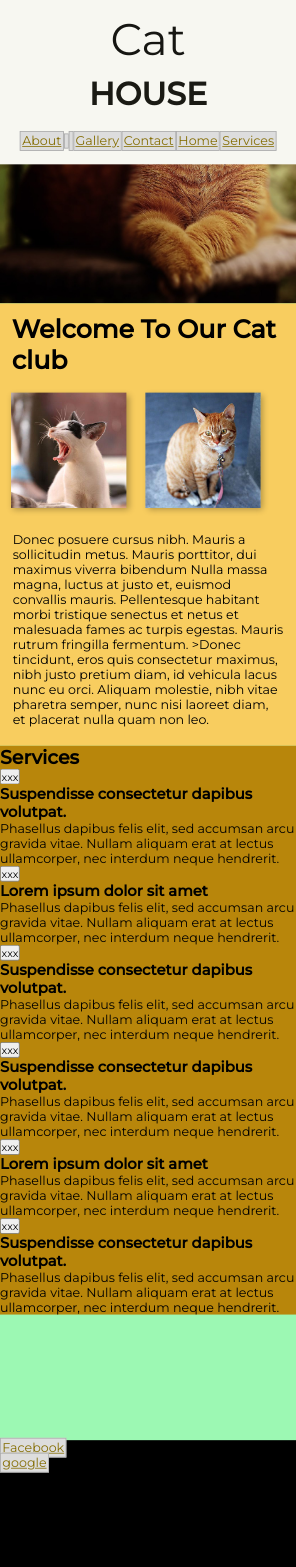
Repository: raul4264/final
Page: index.html
An editor plug-in stored every save of this project. The page is shown before and after the next save, followed by the edit.
The browser window is 375 px wide. The pictures show the whole page, at 79% of full size.

Above is the page before, as saved 2021-03-28 14:42:25.

### index.html
<!DOCTYPE html>
<html lang="en">

<head>
    <meta charset="UTF-8" />
    <meta http-equiv="X-UA-Compatible" content="IE=edge" />
    <meta name="viewport" content="width=device-width, initial-scale=1.0" />
    <title>Cat House/Raul Novas</title>
    <!-- boostrap CSS -->
    <!-- <link href="https://cdn.jsdelivr.net/npm/bootstrap@5.0.0-beta3/dist/css/bootstrap.min.css" rel="stylesheet"
        integrity="sha384-eOJMYsd53ii+scO/bJGFsiCZc+5NDVN2yr8+0RDqr0Ql0h+rP48ckxlpbzKgwra6" crossorigin="anonymous">
    <script src="https://cdn.jsdelivr.net/npm/@popperjs/core@2.9.1/dist/umd/popper.min.js"
        integrity="sha384-SR1sx49pcuLnqZUnnPwx6FCym0wLsk5JZuNx2bPPENzswTNFaQU1RDvt3wT4gWFG"
        crossorigin="anonymous"></script>
    <script src="https://cdn.jsdelivr.net/npm/bootstrap@5.0.0-beta3/dist/js/bootstrap.min.js"
        integrity="sha384-j0CNLUeiqtyaRmlzUHCPZ+Gy5fQu0dQ6eZ/xAww941Ai1SxSY+0EQqNXNE6DZiVc"
        crossorigin="anonymous"></script> -->
    <link href="css/estilos.css" rel="stylesheet" type="text/css" />
</head>

<body>
    <div id="grilla">
        <header>
            <div class="banner">

                <nav id="nav">

                    <div class="item1">
                        <p class="h5">Cat</p>
                    </div>

                    <div class="item2">
                        <p class="h4">HOUSE</p>
                    </div>


                    <ul class="item3">
                        <li class=""><a href="about.html">About</li>
                        <li class=""><a href="Gallery.html">Gallery</a></li>
                        <li class=""><a href="Contact.html">Contact</a></li>
                        <li class=""><a href="index.html">Home</a></li>
                        <li class=""><a href="Services.html ">Services</a></li>
                    </ul>
                </nav>
            </div>

        </header>


        <main>
            <section class="welcome">

                <div class="cards">

                    <h2>Welcome To Our Cat club</h2>
                    <img src="images/2.jpg" class="square square1" alt="Sample photo">
                    <img src="images/3.jpg" class="square square2" alt="Sample photo">
                </div>


                <div class="cards2 ">
                    <span>Donec posuere cursus nibh. Mauris a sollicitudin metus. Mauris porttitor, dui maximus viverra
                        bibendum
                        Nulla massa magna, luctus at justo et, euismod convallis mauris. Pellentesque habitant morbi
                        tristique senectus et netus et malesuada fames ac turpis egestas. Mauris rutrum fringilla
                        fermentum.
                        >Donec tincidunt, eros quis consectetur maximus, nibh justo pretium diam, id vehicula lacus
                        nunc eu orci. Aliquam molestie, nibh vitae pharetra semper, nunc nisi laoreet diam, et placerat
                        nulla quam non leo.</span>
                </div>
            </section>

            <section class="services">
                <h2>Services</h2>
                <div>
                    <button>xxx</button>
                    <h3>Suspendisse consectetur dapibus volutpat.</h3>
                    <p>
                        Phasellus dapibus felis elit, sed accumsan arcu gravida vitae. Nullam aliquam erat at lectus
                        ullamcorper, nec interdum neque hendrerit.</p>
                </div>
                <div>
                    <button>xxx</button>
                    <h3>Lorem ipsum dolor sit amet</h3>
                    <p>Phasellus dapibus felis elit, sed accumsan arcu gravida vitae. Nullam aliquam erat at lectus
                        ullamcorper, nec interdum neque hendrerit.</p>
                </div>
                <div>
                    <button>xxx</button>
                    <h3>Suspendisse consectetur dapibus volutpat.</h3>
                    <p>
                        Phasellus dapibus felis elit, sed accumsan arcu gravida vitae. Nullam aliquam erat at lectus
                        ullamcorper, nec interdum neque hendrerit.</p>
                </div>
                <div>
                    <button>xxx</button>
                    <h3>Suspendisse consectetur dapibus volutpat.</h3>
                    <p>

                        Phasellus dapibus felis elit, sed accumsan arcu gravida vitae. Nullam aliquam erat at lectus
                        ullamcorper, nec interdum neque hendrerit.
                    </p>
                </div>
                <div>
                    <button>xxx</button>
                    <h3>Lorem ipsum dolor sit amet
                    </h3>
                    <p>Phasellus dapibus felis elit, sed accumsan arcu gravida vitae. Nullam aliquam erat at lectus
                        ullamcorper, nec interdum neque hendrerit.</p>
                </div>
                <div>
                    <button>xxx</button>
                    <h3>Suspendisse consectetur dapibus volutpat.</h3>
                    <p>Phasellus dapibus felis elit, sed accumsan arcu gravida vitae. Nullam aliquam erat at lectus
                        ullamcorper, nec interdum neque hendrerit.</p>
                </div>
            </section>
        </main>



        <footer>
            <ol>
                <li>
                    <a href="http://www.facebook.com " target="blanck ">Facebook</a>
                </li>
                <li><a href="http://www.google.com " target="blanck ">google</a></li>
            </ol>
        </footer><br

       <div class="cubo">
        <div class="cara" id="superior"></div>
        <div class="cara" id="frente"></div>
        <div class="cara" id="derecha"></div>
        <div class="cara" id="izquierda"></div>
        <div class="cara" id="atras"></div>
        <div class="cara" id="inferior"></div>
       </div>

</div>
</body>

</html>

### css/estilos.css
@import url('https://fonts.googleapis.com/css2?family=Montserrat:wght@400;500&display=swap');
@import url('https://fonts.googleapis.com/css2?family=Montserrat:wght@400;500&family=Poppins:wght@300&display=swap');
* {
    font-family: 'Montserrat', sans-serif;
    margin: 0;
    padding: 0;
}


/*PRIMER MEDIA
/*--------------MEDIA @ QUERY...................*/

@media only screen and (max-width:600px) {
    body {
        margin: 0;
        padding: 0;
        background-color: rgb(156, 248, 179) !important;
        transition: all .8s ease;
    }
    #grilla {

        display: grid;
        grid-template-columns: 100%;
        grid-template-rows: 15% auto% 15%;
    }
    header {

        grid-column-start: 1;
        grid-column-end: 2;
        grid-row-start: 1;
        grid-row-end: 2;
    }
    main {

        display: grid;
        grid-column-start: 1;
        grid-column-end: 2;
        grid-row-start: 2;
        grid-row-end: 3;
    }
    footer {
        display: flex;

        background-color: black;
        grid-column-start: 1;
        grid-column-end: 2;
        grid-row-start: 4;
        grid-row-end: 5;

    }
    #nav {
        display: flex;
        flex-direction: column;
        background-color: rgb(247, 247, 241);
        justify-content: space-evenly;
        height: 22vh;
        justify-items: center;
        align-items: center;
        padding-top:  2vh;
        padding-bottom: 2vh;
    }
    .banner {
        background: url(../images/1.jpg) no-repeat 0px 0px;
        background-size: cover;
        padding: 0em 0 4em;
        height: 40vh;
    }
  .item1 {
      color: rgb(22, 22, 18);
    font-size: 3.5em;
    font-weight: bol;
    padding: 0 10px;

  }
  .item2 {
    color: rgb(26, 26, 20);
    font-family: monserrat;
    font-size: 2.5em;
    font-weight: bolder;
    padding: 10px

    }
    .item3 {
    display: flex;
    list-style: none;
    padding: 2vh;
     }

    a {
        background: #DDD;
        color: rgb(134, 111, 6);
        padding: 2px;
        border: 1px solid #AAA;
    }
    a:hover {
        background: #FFF;
        color: #666;
        padding: 8px 14px;
        border: 1px solid #888;
        transition-property: all;
        transition-duration: 0.2s;
        transition-timing-function: ease-in;
    }
    .li {
        padding: 10px;
    }
    .welcome {
        background-color: rgb(248, 205, 95);

        display: grid;
        grid-template-columns: 100%;
        grid-template-rows: 50% 50%;
        flex-direction: column;
        align-items: center;
        margin-top: 0vh;

        padding-bottom: 10px;
    }
    .welcome h2 {
        font-size: 2em;
        margin: 3vw;

    }
    .cards {
        padding-left: 1vw;
        grid-column-start: 1;
        grid-column-end: 2;
        grid-row-start: 1;
        grid-row-end: 2;
    }
    .cards2 {


        padding: 2vh;
        grid-column-start: 1;
        grid-column-end: 2;
        grid-row-start: 2;
        grid-row-end: 3;
    }
    .cards img {
        margin: 10px;
        /* border: 3px solid #000; */
        box-shadow: 3px 3px 8px 0px rgba(0, 0, 0, 0.3);
        max-width: 39vw;
    }
    .services {

        background-color: darkgoldenrod;
        height: 90vh;
        margin-bottom: -100px;

    }

    footer{



    }
    /*............................*/
    /* .sidebar {
        background-color: #e87a24;
        padding: 10px;
    }
    .sidebar a {
        background-color: rgb(229, 255, 0);
        color: #e87a24;
    }
    .menuButton {
        position: relative;
        transition-property: background-color, color;
        transition-duration: 1s;
        transition-timing-function: ease-out;
        -webkit-transition-property: background-color, color;
        -webkit-transition-duration: 1s;
        -o-transition-property: background-color, color;
        -o-transition-duration: 1s;
        >text-align: left;
        background-color: #3D9EEF;
        left: 5px;
        top: 5px;
        height: 26px;
        color: white;
        border-color: #9b4e00;
        font-family: sans-serif;
        font-size: 20px;
        text-decoration: none;
        -moz-box-shadow: 2px 2px 1px black;
        padding: 2px 4px;
        border: solid 2px #804000;
    }
    .menuButton:hover {
        position: relative;
        transition-propery: background-color, color;
        transition-duration: 1s;
        transition-timing-function: ease-out;
        -webkit-transition-property: background-color, color;
        -webkit-transition-duration: 1s;
        -o-transition-property: background-color, color;
        -o-transition-duration: 1s;
        background-color: white;
        color: black;
        -moz-box-shadow: 2px 2px 1px black;
    }
    /*....................................*/
    /*.............................................*/
/*     .cubo,
    .cubo .cara {
        width: 200px;
        height: 200px;
    }
    .cubo .cara {
        position: absolute;
    }
    .cubo {
        margin: 100px auto;
    }
    .cubo .cara#superior {
        background-color: orange;
    }
    .cubo .cara#frente {
        background-color: rgb(255, 174, 0);
    }
    .cubo .cara#atras {
        background-color: rgb(105, 128, 0);
    }
    .cubo .cara#derecha {
        background-color: rgb(123, 255, 0);
    }
    .cubo .cara#izquierda {
        background-color: yellow;
    }
    .cubo .cara#inferior {
        background-color: rgb(255, 196, 0);
    }
    .cubo {
        transform-style: preserve-3d;
    }
    .cubo {
        transform-style: preserve-3d;
        transform: perspective(700px) rotateX(-30deg) rotateY(-30deg);
    }
    .cubo .cara#derecha {
        transform: rotateY(90deg);
    }
    .cubo .cara#derecha {
        transform: rotateY(90deg) translateZ(100px);
        ;
    }
    .cubo .cara#superior {
        background-color: orange;
        transform: rotateX(90deg) translateZ(100px);
    }
    .cubo .cara#frente {
        background-color: rgb(255, 208, 0);
        transform: translateZ(100px);
    }
    .cubo .cara#atras {
        background-color: rgb(128, 105, 0);
        transform: translateZ(-100px);
    }
    .cubo .cara#derecha {
        background-color: rgb(102, 88, 6);
        transform: rotateY(90deg) translateZ(100px);
    }
    .cubo .cara#izquierda {
        background-color: rgb(255, 208, 0);
        transform: rotateY(-90deg) translateZ(100px);
    }
    .cubo .cara#inferior {
        background-color: rgb(255, 166, 0);
        transform: rotateX(-90deg) translateZ(100px);
    }
    .cubo {
        animation: rotate 2s infinite linear;
    }
    @keyframes rotate {
        0% {
            transform: rotateX( 0deg) rotateY( 0deg);
        }
        100% {
            transform: rotateX( 360deg) rotateY( 360deg);
        }
    }  */
}


/*..............................................*/


/*--------------MEDIA @ QUERY...................*/

@media screen and (min-width:601px) and (max-width:1000px) {
    body {
        margin: 0;
        padding: 0;
        transition: all .8s ease;
    }
    body {
        background-color: darkgoldenrod;
    }
    #grilla {
        display: grid;
        grid-template-columns: 100%;
        grid-template-rows: 5% 80% 15%;
    }
    header {
       height: 4vh;
        grid-column-start: 1;
        grid-column-end: 2;
        grid-row-start: 1;
        grid-row-end: 2;

    }
    main {
        height: 125vh;
        display: grid;
        grid-column-start: 1;
        grid-column-end: 2;
        grid-row-start: 2;
        grid-row-end: 3;
    }
    footer {
        display: flex;
        height: 20vh;
        background-color: black;
        grid-column-start: 1;
        grid-column-end: 2;
        grid-row-start: 4;
        grid-row-end: 5;

    }
    #nav {
        display: flex;
        flex-direction: column;
        background-color: rgb(247, 247, 241);
        justify-content: space-evenly;
        height: 22vh;
        justify-items: center;
        align-items: center;
        padding-top:  2vh;
        padding-bottom: 2vh;

    }
    .banner {
        background: url(../images/1.jpg) no-repeat 0px 0px;
        background-size: cover;
        padding: 0em 0 4em;
        height: 73vh;
    }
    .item1 {
        color: rgb(22, 22, 18);
        font-size: 3.5em;
        font-weight: bol;
        padding: 0 10px;

    }
    .item2 {
        color: rgb(26, 26, 20);
        font-family: monserrat;
        font-size: 2.5em;
        font-weight: bolder;
        padding: 10px

    }
    .item3 {
        display: flex;
        list-style: none;
        padding: 2vh;
    }
    .item3 li a {
        text-decoration: none;
        padding: 1vw;
    }
    .li {
        padding: 10px;
    }
    .welcome {
        background-color: rgb(248, 205, 95);
        height: 90vh;
        display: grid;
        grid-template-columns:100%;
        grid-template-rows: 50% 50%;
        flex-direction: column;
        margin-top: 33vh;

        padding-bottom: 10px;
    }
    .welcome h2 {
        font-size: 3em;
        margin: 3vw;
        /* background-color: rgb(197, 197, 214); */
    }
    .cards {

        grid-column-start: 1;
        grid-column-end: 2;
        grid-row-start: 1;
        grid-row-end: 2;
    }
    .cards2 {

        margin-top: 28vh;
        grid-column-start: 1;
        grid-column-end: 2;
        grid-row-start: 2;
        grid-row-end: 3;
    }
    .cards img {
        margin: 10px;
        /* border: 3px solid #000; */
        box-shadow: 3px 3px 8px 0px rgba(0, 0, 0, 0.3);
        max-width: 44vw;
    }
    .services {
      height: 0vh;
        background-color: darkgoldenrod;
        display: flex;
        flex-direction: column;

        margin-bottom: 10px;
        padding-top: 2vh;
    }
}
footer{
    margin-top: 30vh;
    height: 20vh;
}


/*..............................................*/


/*--------------MEDIA @ QUERY...................*/

@media screen and (min-width:1001px) {
    body {
        /* background-color: rgb(68, 50, 2) !important; */
        transition: all .8s ease;
    }
    #grilla {
        display: grid;
        grid-template-columns: 100%;
        grid-template-rows: 33% 33% 33%;
    }
    header {
        height: 10vh;
        grid-column-start: 1;
        grid-column-end: 2;
        grid-row-start: 1;
        grid-row-end: 2;
    }
    main {
        height: auto;
        display: grid;
        grid-column-start: 1;
        grid-column-end: 2;
        grid-row-start: 2;
        grid-row-end: 3;
    }
    footer {
        display: flex;
        height: 21vh;
        background-color: black;
        grid-column-start: 1;
        grid-column-end: 2;
        grid-row-start: 4;
        grid-row-end: 5;
    }
    #nav {
        display: flex;
        background-color: rgb(247, 247, 241);
        justify-content: space-around;
        height: 15vh;
    }
    .banner {
        background: url(../images/1.jpg) no-repeat 0px 0px;
        background-size: cover;
        padding: 0em 0 4em;
        height: 73vh;
    }
    .item1 {
        color: rgb(22, 22, 18);
        font-size: 3.5em;
        font-weight: bol;
        padding: 10px;
        margin-left: 20px;
    }
    .item2 {
        color: rgb(26, 26, 20);
        font-family: monserrat;
        font-size: 4.5em;
        font-weight: bolder;
        padding: 10px;
        margin-left: -10px;
    }
    .item3 {
        display: flex;
        list-style: none;
        padding: 2vh;
    }
    .item3 li a {
        text-decoration: none;
        padding: 1vw;
    }
    .li {
        padding: 10px;
    }
    .welcome {
        background-color: darkgoldenrod;
        height: 85vh;
        display: grid;
        grid-template-columns: 60% 40%;
        grid-template-rows: 100%;
        flex-direction: column;
    }
    .welcome h2 {
        font-size: 3.7em;
        margin: 3vw;
        /* background-color: rgb(197, 197, 214); */
    }
    .cards {
        margin-left: 2vw;
        grid-column-start: 1;
        grid-column-end: 2;
        grid-row-start: 1;
        grid-row-end: 2;
    }
    .cards2 {
        margin-top: 21vh;
        padding-left: -29vw;
        grid-column-start: 2;
        grid-column-end: 3;
        grid-row-start: 1;
        grid-row-end: 2;
        max-width: 80%;
    }
    .cards img {
        margin: 10px;
        /* border: 3px solid #000; */
        box-shadow: 3px 3px 8px 0px rgba(0, 0, 0, 0.3);
        max-width: 23vw;
    }
    .services {

        height: 81vh;
        background-color: rgb(82, 60, 4);
        display:flex;
        grid-template-columns: ;
        grid-template-rows: ;
    }
}

After the next save:
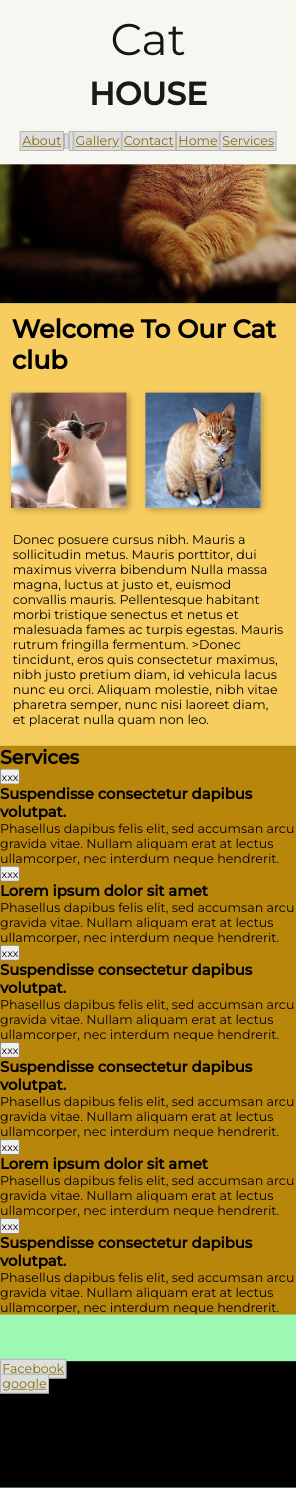
Saved 5 s later.
--- a/css/estilos.css
+++ b/css/estilos.css
@@ -147,7 +147,7 @@
 
         background-color: darkgoldenrod;
         height: 90vh;
-        margin-bottom: -100px;
+        margin-bottom: -200px;
 
     }
 
